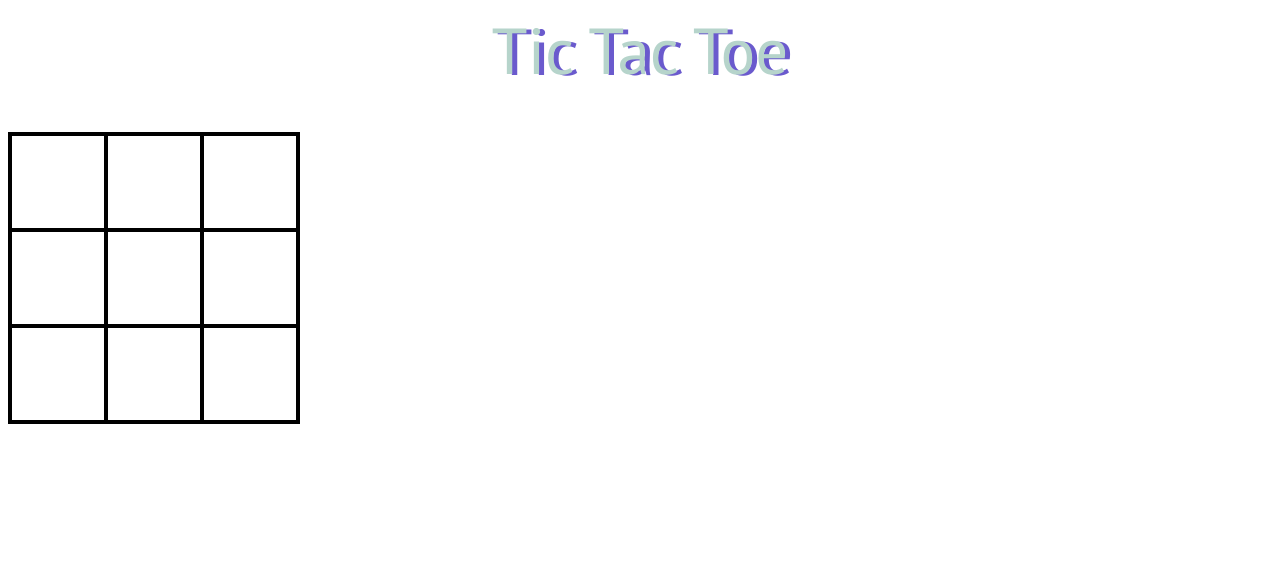
Repository: chin9/TicTacToe
Page: index.html
The author's editor kept a copy of each file at every save. The page is drawn from the files as they stood at one save, then again after the next save.
The browser window is 1280 px wide. The pictures show the whole page.

Above is the page before, as saved 2021-05-12 13:42:37.

After the next save:
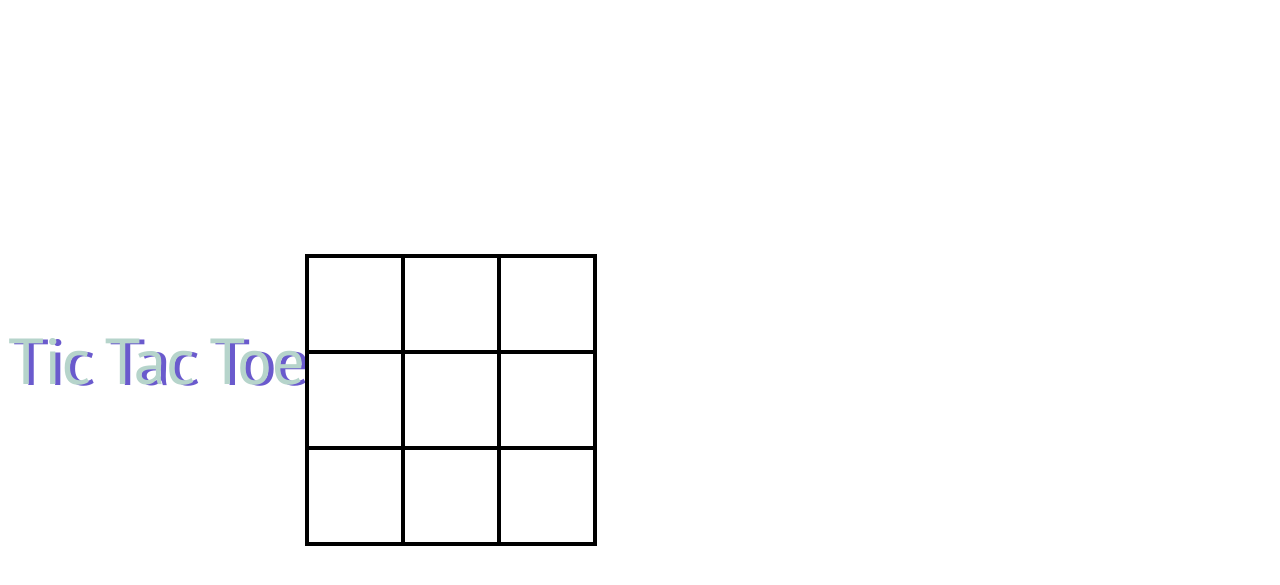
Saved 26 s later.
--- a/style.css
+++ b/style.css
@@ -7,6 +7,11 @@
     color: rgb(182, 212, 203);
     text-shadow: 5px 1px slateblue;
     text-align: center;
+}
+
+body{
+    display: flex;
+    align-items: center;
 }
 
 .board{

After the save that followed:
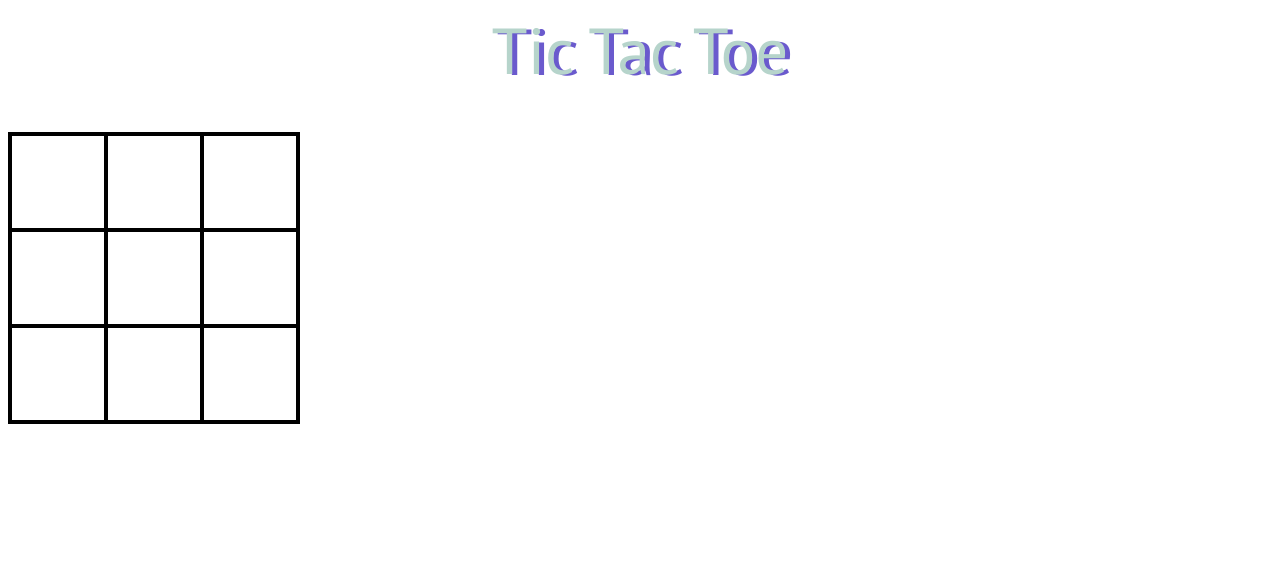
Saved 26 s later.
--- a/style.css
+++ b/style.css
@@ -9,10 +9,6 @@
     text-align: center;
 }
 
-body{
-    display: flex;
-    align-items: center;
-}
 
 .board{
     height: 40vh;
@@ -20,6 +16,8 @@
 
     position: relative;
     top: 40px;
+
+    align-self: center;
 
     display: grid;
     grid-template-columns: 1fr 1fr 1fr;
